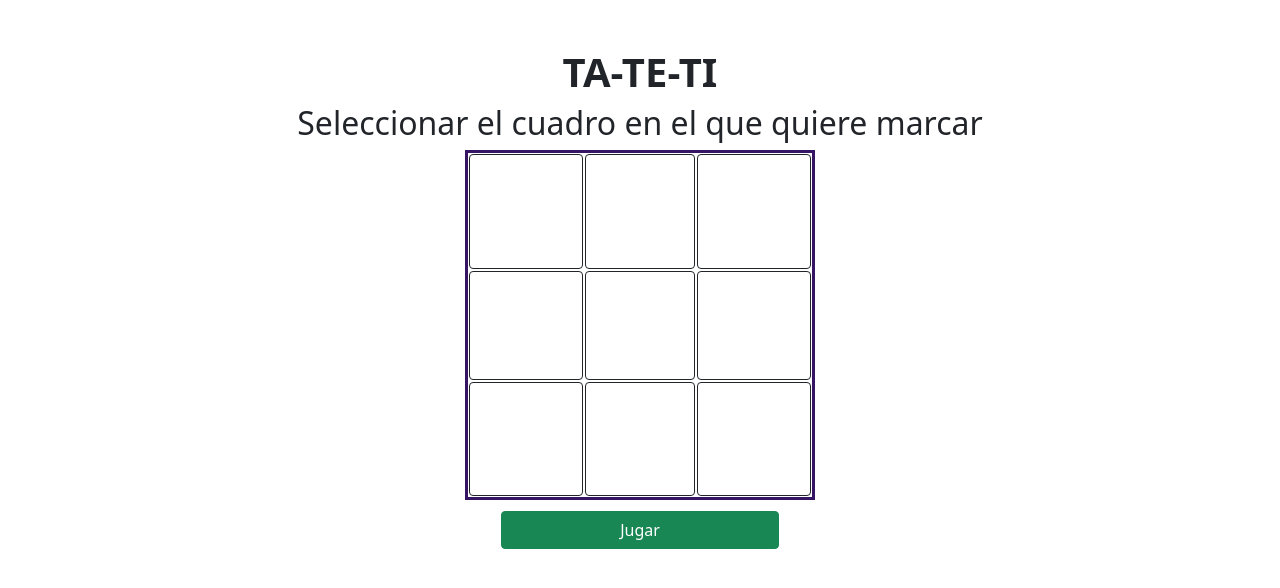
Repository: Lean97-start/TATETI
Page: Tateti.html
An editor plug-in stored every save of this project. The page is shown before and after the next save, followed by the edit.
The browser window is 1280 px wide. The pictures show the whole page.

Above is the page before, as saved 2021-07-11 23:27:55.
Console error: SyntaxError: Unexpected token ')'

### Tateti.html
<!DOCTYPE html>
<html lang="en">
<head>
    <meta charset="UTF-8">
    <link rel="stylesheet" type="text/css" href="Tateti.css">
    <link rel="stylesheet" href="Tateti.js">
    <link rel="stylesheet" type="text/css" href="https://necolas.github.io/normalize.css/8.0.1/normalize.css">
    <title>TATETI</title>
    <link href="https://cdn.jsdelivr.net/npm/bootstrap@5.0.2/dist/css/bootstrap.min.css" rel="stylesheet" integrity="sha384-EVSTQN3/azprG1Anm3QDgpJLIm9Nao0Yz1ztcQTwFspd3yD65VohhpuuCOmLASjC" crossorigin="anonymous">
</head>
<body>
    <div class="container mt-5">
        <H1 class="fw-bold text-center">TA-TE-TI</H1>
        <H2 class="fw-normal text-center">Seleccionar el cuadro en el que quiere marcar</H2>


                <table class="border-3 text-center" id="cuadro">
                    <tr>
                        <td><button class="btn border-dark w-100 h-100" id="11"></button></td>
                        <td><button class="btn border-dark w-100 h-100" id="21"></button></td>
                        <td><button class="btn border-dark w-100 h-100" id="31"></button></td>
                    </tr>
                    <tr>
                        <td><button class="btn border-dark w-100 h-100" id="12"></button></td>
                        <td><button class="btn border-dark w-100 h-100" id="22"></button></td>
                        <td><button class="btn border-dark w-100 h-100" id="32"></button></td>
                    </tr>
                    <tr>
                        <td><button class="btn border-dark w-100 h-100" id="13"></button></td>
                        <td><button class="btn border-dark w-100 h-100" id="23"></button></td>
                        <td><button class="btn border-dark w-100 h-100" id="33"></button></td>
                    </tr>
                </table>

            <div class=" row">
                <div class="btn ">
                    <button type="button" class="btn btn-success my-1 w-25" id="btn-jugar">Jugar</button>
                </div>
            </div>

        </div>
    <script src="Tateti.js"></script>
    <script src="https://cdn.jsdelivr.net/npm/bootstrap@5.0.2/dist/js/bootstrap.bundle.min.js" integrity="sha384-MrcW6ZMFYlzcLA8Nl+NtUVF0sA7MsXsP1UyJoMp4YLEuNSfAP+JcXn/tWtIaxVXM" crossorigin="anonymous"></script>
</body>
</html>

### Tateti.css
h1{
    font-size: 55px;
    text-align: center;
}
h2{
    font-size: 30px;
    text-align: center;
}
#cuadro{
    border: 1px rgb(54, 21, 100) solid;
    background: white;
    position: relative;
    height: 350px;
    width: 350px;
    margin: auto;


}
.entradas{
    text-align: center;
    font-family: Arial, Helvetica, sans-serif;
    font-size: 60px;
    height: 80px;
    width: 80px;
    box-sizing: border-box;

}

### Tateti.js
let var1, var2, var3,var4, var5,var6 = undefined
function mostrar(){
    let prueba = document.getElementById('v1');
    alert(prueba);
}
function jugarTurno (){
    if(){

    }
    else if (var1 != undefined || var2 != undefined || var3 != undefined ||var4 != undefined ||var5 != undefined || var6 != undefined ){

    }


}

After the next save:
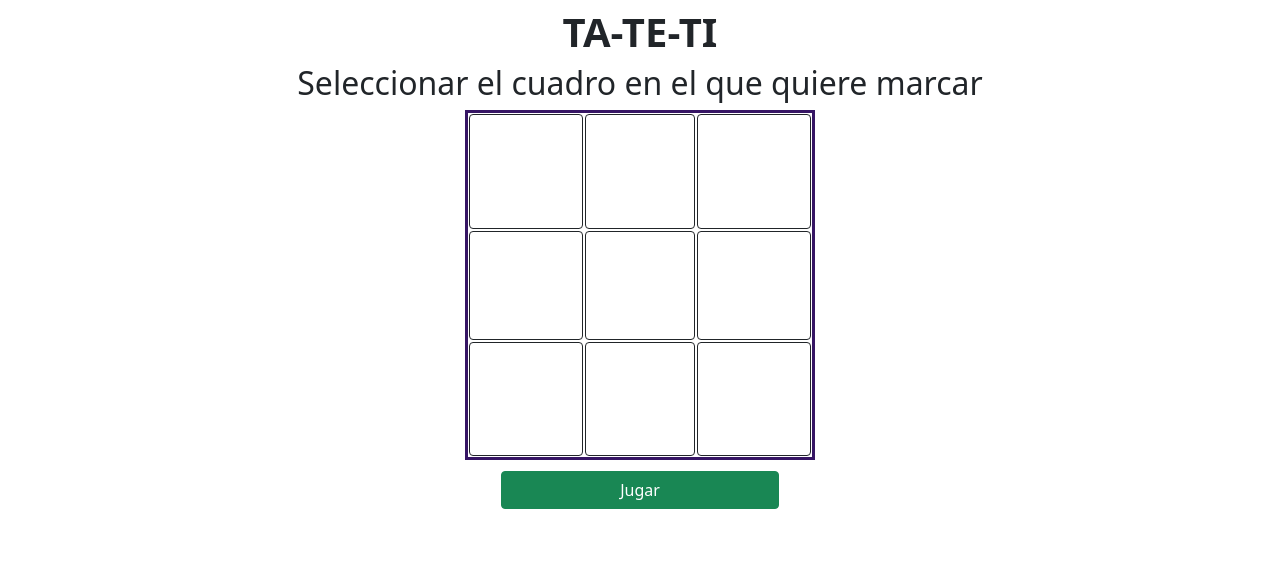
Saved 24 s later.
--- a/Tateti.html
+++ b/Tateti.html
@@ -9,7 +9,7 @@
     <link href="https://cdn.jsdelivr.net/npm/bootstrap@5.0.2/dist/css/bootstrap.min.css" rel="stylesheet" integrity="sha384-EVSTQN3/azprG1Anm3QDgpJLIm9Nao0Yz1ztcQTwFspd3yD65VohhpuuCOmLASjC" crossorigin="anonymous">
 </head>
 <body>
-    <div class="container mt-5">
+    <div class="container mt-2">
         <H1 class="fw-bold text-center">TA-TE-TI</H1>
         <H2 class="fw-normal text-center">Seleccionar el cuadro en el que quiere marcar</H2>
 
